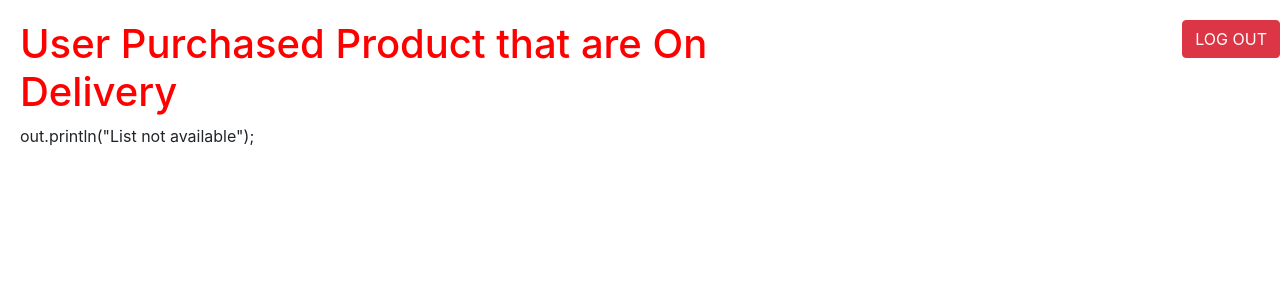
Repository: piyushj81/ComputerShop
Page: http://localhost/computershop/shopproductcontroller
An editor plug-in stored every save of this project. The page is shown before and after the next save, followed by the edit.
The browser window is 1280 px wide. The pictures show the whole page.
The page is served by Tomcat 9. Other server files are loaded and not shown. Queries for data that is not in the repository find no rows.

Above is the page before, as saved 2021-10-15 10:18:37.

### computershop/WebContent/usershoppingdetails.jsp
<%@page import="com.shop.dto.Admin"%>
<%@page import="java.sql.DriverManager"%>
<%@page import="java.sql.Connection"%>
<%@page import="java.sql.PreparedStatement"%>
<%@page import="java.sql.ResultSet"%>
<%@page import="com.shop.dto.Customer"%>
<%@page import="com.shop.dto.Cart"%>
<%@page import="java.util.ArrayList"%>
<%@ page language="java" contentType="text/html; charset=ISO-8859-1"
    pageEncoding="ISO-8859-1"%>
<!DOCTYPE html>
<html>
<head>
<meta charset="ISO-8859-1">

<link rel="stylesheet" href="computershop.css">
<link rel="stylesheet"
	href="https://cdnjs.cloudflare.com/ajax/libs/font-awesome/4.7.0/css/font-awesome.min.css">
<link rel="stylesheet"
	href="https://cdn.jsdelivr.net/npm/bootstrap@4.5.3/dist/css/bootstrap.min.css"
	integrity="sha384-TX8t27EcRE3e/ihU7zmQxVncDAy5uIKz4rEkgIXeMed4M0jlfIDPvg6uqKI2xXr2"
	crossorigin="anonymous">
<script src="https://code.jquery.com/jquery-3.5.1.slim.min.js"
	integrity="sha384-DfXdz2htPH0lsSSs5nCTpuj/zy4C+OGpamoFVy38MVBnE+IbbVYUew+OrCXaRkfj"
	crossorigin="anonymous"></script>
<script
	src="https://cdn.jsdelivr.net/npm/bootstrap@4.5.3/dist/js/bootstrap.bundle.min.js"
	integrity="sha384-ho+j7jyWK8fNQe+A12Hb8AhRq26LrZ/JpcUGGOn+Y7RsweNrtN/tE3MoK7ZeZDyx"
	crossorigin="anonymous"></script>

<title>Shopping Details</title>
</head>
<body>
<div>
<a href="LogoutController" ><button class="btn btn-danger" type="button"  style= "float: right; margin-right:-500px;"   > LOG OUT</button></a>
</div>

<h1 style="color:red;" >User Purchased Product that are On Delivery</h1>


<%
ArrayList<Admin> list2 = (ArrayList<Admin>) request.getAttribute("LIST");

		if (!(list2 != null) || !(list2.isEmpty())) {



		%>
			<table style="width:175%;text-align:center; color:yellow;"    class="table table-hover table-dark "   >
	<tr>
		<th>Product ID</th>
		<th>Phone</th>
		<th>Customer Name </th>
		<th>Pic</th>
		<th>Product Name</th>
		<th>Model</th>
		<th>Price</th>
		<th>Address</th>
		<th>City</th>

		<th>State</th>

	</tr>
	<%
	for (Admin a : list2 ) {
	%>

	<tr>

		<td><%=a.getId() %></td>
		<td><%=a.getPhone() %></td>
		<td><%=a.getCname() %></td>
		<td> <img alt="" src="<%=a.getPic() %>" style ="max-height:50%; max-width:70%"> </td>
		<td><%=a.getPname() %></td>
		<td><%=a.getModel() %></td>
		<td><%=a.getPrice()  %></td>
		<td><%=a.getAddress() %></td>
		<td><%=a.getCity() %></td>

		<td><%=a.getState()%></td>

</tr>

<%}	%>

</table>



	<%
}else {  %>
out.println("List not available");





<% }%>


</body>
</html>

### computershop/src/com/computershop/controller/shopproductcontroller.java
package com.computershop.controller;

import java.io.IOException;
import java.util.ArrayList;

import javax.servlet.RequestDispatcher;
import javax.servlet.ServletException;
import javax.servlet.annotation.WebServlet;
import javax.servlet.http.HttpServlet;
import javax.servlet.http.HttpServletRequest;
import javax.servlet.http.HttpServletResponse;

import com.shop.dto.Admin;

import com.shop.modeldao.CustomerModel;
@WebServlet("/shopproductcontroller")
public class shopproductcontroller extends HttpServlet {
	private static final long serialVersionUID = 1L;
	protected void doGet(HttpServletRequest request, HttpServletResponse response) throws ServletException, IOException {
		CustomerModel model = new CustomerModel();

		ArrayList<Admin> list  =	model.getshoppingDetails();
		RequestDispatcher rd = request.getRequestDispatcher("usershoppingdetails.jsp");
			request.setAttribute("LIST", list);
			rd.forward(request, response);


	}

	protected void doPost(HttpServletRequest request, HttpServletResponse response) throws ServletException, IOException {



	}

}

### computershop/src/com/shop/modeldao/CustomerModel.java
package com.shop.modeldao;

import java.sql.Connection;
import java.sql.DriverManager;
import java.sql.PreparedStatement;
import java.sql.ResultSet;
import java.util.ArrayList;

import com.shop.dto.Admin;
import com.shop.dto.Cart;
import com.shop.dto.Customer;
import com.shop.dto.Form;
import com.shop.dto.Product;
import com.shop.dto.Shop;

public class CustomerModel {
	public static Connection createConnection() {
		Connection con = null;

		try {

			Class.forName("com.mysql.jdbc.Driver");
			con = DriverManager.getConnection("jdbc:mysql://localhost:3306/shop", "root", "root");

		} catch (Exception e) {
			e.printStackTrace();

		}

		return con;

	}

	public int checkCustomerlogin(String user, String password) {
		Connection con = null;
		int i = 0;
		try {
			con = createConnection();
			PreparedStatement ps = con.prepareStatement("select * from customerlogin where username=? and password=?");
			ps.setString(1, user);
			ps.setString(2, password);
			ResultSet rs = ps.executeQuery();
			if (rs.next()) {
				i = 1;
			}
		} catch (Exception e) {
			e.printStackTrace();
		}
		return i;

	}

	public int admitCustomer(Customer cst) {
		int i = 0;
		Connection con = null;
		try {
			con = createConnection();
			PreparedStatement ps = con.prepareStatement("insert into customerlogin values(?, ?, ?)");
			ps.setString(1, cst.getPhone());
			ps.setString(2, cst.getName());
			ps.setString(3, cst.getPassword());
			i = ps.executeUpdate();

		} catch (Exception e) {
			e.printStackTrace();

		}

		return i;
	}

	public int checkadminlogin(String adminusername, String pwd) {
		int i = 0;
		Connection con = null;

		try {
			con = createConnection();
			PreparedStatement ps = con
					.prepareStatement("select * from adminlogin where adminusername=? and password=?");
			ps.setString(1, adminusername);
			ps.setString(2, pwd);
			ResultSet rs = ps.executeQuery();
			if (rs.next()) {
				i = 1;
			}
		} catch (Exception e) {
			e.printStackTrace();
		}

		return i;
	}

	public ArrayList<Product> getmouseDetails() {
		ArrayList<Product> list = new ArrayList<Product>();
		try {
			Connection con = createConnection();
			PreparedStatement ps = con.prepareStatement("select * from mouse");
			ResultSet rs = ps.executeQuery();
			while (rs.next()) {
				Product pt = new Product(rs.getString("id"), rs.getString("pname"), rs.getInt("model"),
						rs.getString("price"), rs.getString("pic"));
				list.add(pt);

			}

		} catch (Exception e) {
			e.printStackTrace();
		}

		return list;
	}

	public Product selectdatafrommouseincart(String id, String phone) {
		Product pt = null;
		Connection con = null;

		try {
			con = createConnection();

			PreparedStatement ps = con.prepareStatement("select * from mouse where id=?");
			ps.setString(1, id);

			ResultSet rs = ps.executeQuery();
			if (rs.next()) {
				pt = new Product(rs.getString("id"), rs.getString("pname"), rs.getInt("model"), rs.getString("price"),
						rs.getString("pic"));

			}
		} catch (Exception e) {
			e.printStackTrace();

		}
		return pt;
	}

	public int insertproductdata(Product pt, String id, String phone) {

		int i = 0;
		Connection con = null;
		try {
			con = createConnection();
			PreparedStatement ps = con.prepareStatement("insert into cart values(?,?,?,?,?,?)");
			ps.setString(1, phone);
			ps.setString(2, id);
			ps.setString(3, pt.getPname());
			ps.setInt(4, pt.getModel());
			ps.setString(5, pt.getPrice());
			ps.setString(6, pt.getPic());
			i = ps.executeUpdate();

		} catch (Exception e) {
			e.printStackTrace();

		}

		return i;
	}

	public ArrayList<Product> getusercartdetail(String phone) {
		Product pt = null;
		ArrayList<Product> list1 = new ArrayList<Product>();
		Connection con = null;
		try {
			con = createConnection();
			PreparedStatement ps = con.prepareStatement("select * from cart where phone=?");
			ps.setString(1, phone);
			ResultSet rs = ps.executeQuery();
			while (rs.next()) {

				pt = new Product(rs.getString("id"), rs.getString("pname"), rs.getInt("model"), rs.getString("price"),
						rs.getString("pic"));

				list1.add(pt);
			}

		} catch (Exception e) {
			e.printStackTrace();

		}
		return list1;
	}

	public int deleteitem(String id) {
		Connection con = null;
		int i = 0;
		try {
			con = createConnection();
			PreparedStatement ps = con.prepareStatement("delete  from cart where id=?");
			ps.setString(1, id);
			i = ps.executeUpdate();

		} catch (Exception e) {
			e.printStackTrace();
		}
		return i;
	}

	public ArrayList<Product> getusercartdetails(String phone) {
		Product pt = null;
		ArrayList<Product> list1 = new ArrayList<Product>();
		Connection con = null;
		try {
			con = createConnection();
			PreparedStatement ps = con.prepareStatement("select * from cart where phone=?");
			ps.setString(1, phone);
			ResultSet rs = ps.executeQuery();
			while (rs.next()) {

				pt = new Product(rs.getString("id"), rs.getString("pname"), rs.getInt("model"), rs.getString("price"),
						rs.getString("pic"));

				list1.add(pt);
			}

		} catch (Exception e) {
			e.printStackTrace();

		}
		return list1;
	}

	public ArrayList<Product> getmotherboardDetails() {
		ArrayList<Product> list = new ArrayList<Product>();
		try {
			Connection con = createConnection();
			PreparedStatement ps = con.prepareStatement("select * from motherboard");
			ResultSet rs = ps.executeQuery();
			while (rs.next()) {
				Product pt = new Product(rs.getString("id"), rs.getString("pname"), rs.getInt("model"),
						rs.getString("price"), rs.getString("pic"));
				list.add(pt);

			}

		} catch (Exception e) {
			e.printStackTrace();
		}

		return list;
	}

	public Product selectdatafrommotherboardincart(String id, String phone) {
		Product pt = null;
		Connection con = null;

		try {
			con = createConnection();

			PreparedStatement ps = con.prepareStatement("select * from motherboard where id=?");
			ps.setString(1, id);

			ResultSet rs = ps.executeQuery();
			if (rs.next()) {
				pt = new Product(rs.getString("id"), rs.getString("pname"), rs.getInt("model"), rs.getString("price"),
						rs.getString("pic"));

			}
		} catch (Exception e) {
			e.printStackTrace();

		}
		return pt;
	}

	public ArrayList<Product> getcpuDetails() {
		ArrayList<Product> list = new ArrayList<Product>();
		try {
			Connection con = createConnection();
			PreparedStatement ps = con.prepareStatement("select * from cpu");
			ResultSet rs = ps.executeQuery();
			while (rs.next()) {
				Product pt = new Product(rs.getString("id"), rs.getString("pname"), rs.getInt("model"),
						rs.getString("price"), rs.getString("pic"));
				list.add(pt);

			}

		} catch (Exception e) {
			e.printStackTrace();
		}

		return list;
	}

	public Product selectdatafromcpuincart(String id, String phone) {
		Product pt = null;
		Connection con = null;

		try {
			con = createConnection();

			PreparedStatement ps = con.prepareStatement("select * from cpu where id=?");
			ps.setString(1, id);

			ResultSet rs = ps.executeQuery();
			if (rs.next()) {
				pt = new Product(rs.getString("id"), rs.getString("pname"), rs.getInt("model"), rs.getString("price"),
						rs.getString("pic"));

			}
		} catch (Exception e) {
			e.printStackTrace();

		}
		return pt;
	}

	public ArrayList<Product> getmonitorDetails() {
		ArrayList<Product> list = new ArrayList<Product>();
		try {
			Connection con = createConnection();
			PreparedStatement ps = con.prepareStatement("select * from monitor");
			ResultSet rs = ps.executeQuery();
			while (rs.next()) {
				Product pt = new Product(rs.getString("id"), rs.getString("pname"), rs.getInt("model"),
						rs.getString("price"), rs.getString("pic"));
				list.add(pt);

			}

		} catch (Exception e) {
			e.printStackTrace();
		}

		return list;
	}

	public Product selectdatafrommonitorincart(String id, String phone) {
		Product pt = null;
		Connection con = null;

		try {
			con = createConnection();

			PreparedStatement ps = con.prepareStatement("select * from monitor where id=?");
			ps.setString(1, id);

			ResultSet rs = ps.executeQuery();
			if (rs.next()) {
				pt = new Product(rs.getString("id"), rs.getString("pname"), rs.getInt("model"), rs.getString("price"),
						rs.getString("pic"));

			}
		} catch (Exception e) {
			e.printStackTrace();

		}
		return pt;


	}

	public ArrayList<Product> getfanDetails() {
		ArrayList<Product> list = new ArrayList<Product>();
		try {
			Connection con = createConnection();
			PreparedStatement ps = con.prepareStatement("select * from fan");
			ResultSet rs = ps.executeQuery();
			while (rs.next()) {
				Product pt = new Product(rs.getString("id"), rs.getString("pname"), rs.getInt("model"),
						rs.getString("price"), rs.getString("pic"));
				list.add(pt);

			}

		} catch (Exception e) {
			e.printStackTrace();
		}

		return list;
	}

	public Product selectdatafromfanincart(String id, String phone) {
		Product pt = null;
		Connection con = null;

		try {
			con = createConnection();

			PreparedStatement ps = con.prepareStatement("select * from fan where id=?");
			ps.setString(1, id);

			ResultSet rs = ps.executeQuery();
			if (rs.next()) {
				pt = new Product(rs.getString("id"), rs.getString("pname"), rs.getInt("model"), rs.getString("price"),
						rs.getString("pic"));

			}
		} catch (Exception e) {
			e.printStackTrace();

		}
		return pt;




	}

	public ArrayList<Product> getramDetails() {
		ArrayList<Product> list = new ArrayList<Product>();
		try {
			Connection con = createConnection();
			PreparedStatement ps = con.prepareStatement("select * from ram");
			ResultSet rs = ps.executeQuery();
			while (rs.next()) {
				Product pt = new Product(rs.getString("id"), rs.getString("pname"), rs.getInt("model"),
						rs.getString("price"), rs.getString("pic"));
				list.add(pt);

			}

		} catch (Exception e) {
			e.printStackTrace();
		}

		return list;
	}

	public Product selectdatafromramincart(String id, String phone) {
		Product pt = null;
		Connection con = null;

		try {
			con = createConnection();

			PreparedStatement ps = con.prepareStatement("select * from ram where id=?");
			ps.setString(1, id);

			ResultSet rs = ps.executeQuery();
			if (rs.next()) {
				pt = new Product(rs.getString("id"), rs.getString("pname"), rs.getInt("model"), rs.getString("price"),
						rs.getString("pic"));

			}
		} catch (Exception e) {
			e.printStackTrace();

		}
		return pt;





			}

	public ArrayList<Product> getkeyboardDetails() {
		ArrayList<Product> list = new ArrayList<Product>();
		try {
			Connection con = createConnection();
			PreparedStatement ps = con.prepareStatement("select * from keyboard");
			ResultSet rs = ps.executeQuery();
			while (rs.next()) {
				Product pt = new Product(rs.getString("id"), rs.getString("pname"), rs.getInt("model"),
						rs.getString("price"), rs.getString("pic"));
				list.add(pt);

			}

		} catch (Exception e) {
			e.printStackTrace();
		}

		return list;
	}

	public Product selectdatafromkeyboardincart(String id, String phone) {
		Product pt = null;
		Connection con = null;

		try {
			con = createConnection();

			PreparedStatement ps = con.prepareStatement("select * from keyboard where id=?");
			ps.setString(1, id);

			ResultSet rs = ps.executeQuery();
			if (rs.next()) {
				pt = new Product(rs.getString("id"), rs.getString("pname"), rs.getInt("model"), rs.getString("price"),
						rs.getString("pic"));

			}
		} catch (Exception e) {
			e.printStackTrace();

		}
		return pt;

	}

	public ArrayList<Cart> showcartitemtoadmin() {

	 ArrayList<Cart> list2 = new ArrayList<Cart>();
	 try {
	  Connection con = createConnection();

	 PreparedStatement ps = con.prepareStatement("select * from cart");

	 ResultSet rs = ps.executeQuery();
		while (rs.next()) {
			Cart ct = new Cart(rs.getString("phone"),rs.getString("id"), rs.getString("pname"),rs.getInt("model"), rs.getString("price"),rs.getString("pic"));
			list2.add(ct);
		}
	 }catch(Exception e){
			e.printStackTrace();

		}


	return list2;

	}

	public int insertshoppingDetails(String id, String cname,Shop s) {
		int i=0;
		Connection con = null;
		try {
			con = createConnection();
			PreparedStatement ps =	con.prepareStatement("insert into shopping values(?,?,?,?,?,?,?,?,?,?,?)");
			ps.setString(1, id);
			ps.setString(2, s.getPhone());
			ps.setString(3, cname);
			ps.setString(4, s.getPic());
			ps.setString(5, s.getPname());
			ps.setInt(6, s.getModel());

			ps.setString(7, s.getPrice());
			ps.setString(8, null);
			ps.setString(9, null);
			ps.setString(10,null);

			ps.setString(11,null);

			i = ps.executeUpdate();

		} catch (Exception e) {
			e.printStackTrace();

	}
		return i;
	}

	public Shop selectshoppingDetailsfromcarttable(String id,String cname) {
		 Shop s = null;
		 Connection con = null;

		try {
			   con = createConnection();

			 PreparedStatement ps = con.prepareStatement("select * from cart where id=?");
			ps.setString(1, id);
			 ResultSet rs = ps.executeQuery();
				while (rs.next()) {
					s  = new Shop(rs.getString("id"),rs.getString("phone"), rs.getString("pname"),rs.getInt("model"), rs.getString("price"),rs.getString("pic"));

				}



			 }catch(Exception e){
					e.printStackTrace();

				}

			return s;
				}

	public int updatedetailsinshopping(Form f) {

		int i = 0;
		Connection con = null;
		try {
			con = createConnection();
			PreparedStatement ps = con.prepareStatement("update shopping set address=?, city=?,pincode=? ,state=?  where phone=?");
			ps.setString(1, f.getAddress());

			ps.setString(2, f.getCity());
			ps.setString(3, f.getPincode());
			ps.setString(4, f.getState());
			ps.setString(5, f.getPhone());
			i = ps.executeUpdate();





		} catch (Exception e) {
			e.printStackTrace();

		}
		return i;
	}

	public ArrayList<Admin> getshoppingDetails() {

		ArrayList<Admin> list = new ArrayList<Admin>();
		Connection con = null;

		try {
			con = createConnection();
			PreparedStatement ps = con.prepareStatement("select * from shopping");

			ResultSet rs = ps.executeQuery();

			while(rs.next())	{
				Admin a = new Admin(rs.getString("id"),rs.getString("phone"),rs.getString("cname"),rs.getString("pic"),rs.getString("pname"),rs.getInt("model"),rs.getString("price"),rs.getString("address"),rs.getString("city"),rs.getString("pincode"),rs.getString("state"));
				list.add(a);

			}
		}catch (Exception e) {

			e.printStackTrace();

		}


		return list;
}

}

### computershop/WebContent/computershop.css
.left{
    margin: -21px auto;
    margin-left: -20px;
    padding: 9px;
    background-color: black;
    width: 178%;
}
.left a{
    text-decoration: none;
    color: white;
}
.left a:hover{
    background-color: red;
    text-decoration: none;
    color: white;
}
.left button{
    width: 9%;
}
.left button:hover{
    background-color: yellow;


}
.leftright{
    float: right;
}
.mid{
    text-decoration: none;
    height: 99px;
    background-color:black;
    display: block;
    width: 178%;
    margin: 22px auto;
    margin-left: -20px;
    top:20px;
    padding: 20px;
}
.right{
    position: absolute;

    right: 60px;
    top: 42%;
    display: inline-block;
    padding: 23px;
    width: 85%;
    height: 50%;
}
.navbar{
display: inline-block;
}
.navbar li{
    display: inline-block;
    font-size: 17px;

}
.navbar li a{
color:white;
text-decoration: none;
padding: 27px;
}
.navbar li a:hover{
    background-color:red;
    text-decoration: none;
    width:70px;
    }

.peripheral{
    color:red;

    width: 167%;

}
.image {
    height: 120%;
     width: 100%;


    }
.image a:hover{
    text-decoration: none;
    background-color: yellow;
    width:150%;
    color: tomato;
}

#myho:hover{
    height: 150px;
    width: 150px;

}

.footer{
    position: absolute;
background-color:  black;
margin-left: -20px;
bottom: -230px;
  width: 100%;
  height: 40%;
  padding: 10px;
}

.footerleft li{
    list-style-type: none;
}
.footerright li{
    list-style-type: none;
}

.footerleft li a{
    text-decoration: none;
    color: white;

}
.footerleft li a:hover{
background-color: red;
text-decoration: none;

}
.footerright li a{
    text-decoration: none;
    color: white;

}
.footerright li a:hover{
    background-color: red;
text-decoration: none;

}
.fa {
    padding: 10px;
    font-size: 70px;
    width: 72px;
    text-align: center;
    text-decoration: none;
    border-radius: 70%;
    background-color: #ffffff ;
}
.fa:hover{
    text-decoration: none;
    background-color: skyblue;

}


  body {
    font-family: Arial;
    margin: 0 auto; /* Center website */
    max-width: 800px; /* Max width */
    padding: 20px;
  }

  .heading {
    font-size: 25px;
    margin-right: 25px;
  }

  .fa {
    font-size: 100px;
  }

  .checked:hover {
      background-color: white;
    color: orange;
  }

   .pics{


    padding: 40px;
    width: 127%;
    margin-left: 300px;

  }
  .pics a{
    -webkit-font-smoothing: auto;
    text-decoration: none;
    color: black;

}
.pics a:hover{
    background-color: red;
    text-decoration: none;
    }
    .centrediv{

        margin-top: -2700px;
    }
    @import url('https://fonts.googleapis.com/css?family=Raleway:100,200,300,400,500,600,700,800,900&display=swap');
html,body {
    font-family: 'Raleway', sans-serif;
}
.thankyou-page ._header {
    background: #fee028;
    padding: 100px 30px;
    text-align: center;
    background: #fee028 url(https://codexcourier.com/images/main_page.jpg) center/cover no-repeat;
}
.thankyou-page ._header .logo {
    max-width: 200px;
    margin: 0 auto 50px;
}
.thankyou-page ._header .logo img {
    width: 100%;
}
.thankyou-page ._header h1 {
    font-size: 65px;
    font-weight: 800;
    color: white;
    margin: 0;
}
.thankyou-page ._body {
    margin: -70px 0 30px;
}
.thankyou-page ._body ._box {
    margin: auto;
    max-width: 80%;
    padding: 50px;
    background: white;
    border-radius: 3px;
    box-shadow: 0 0 35px rgba(10, 10, 10,0.12);
    -moz-box-shadow: 0 0 35px rgba(10, 10, 10,0.12);
    -webkit-box-shadow: 0 0 35px rgba(10, 10, 10,0.12);
}
.thankyou-page ._body ._box h2 {
    font-size: 32px;
    font-weight: 600;
    color: #4ab74a;
}
.thankyou-page ._footer {
    text-align: center;
    padding: 50px 30px;
}

.thankyou-page ._footer .btn {
    background: #4ab74a;
    color: white;
    border: 0;
    font-size: 14px;
    font-weight: 600;
    border-radius: 0;
    letter-spacing: 0.8px;
    padding: 20px 33px;
    text-transform: uppercase;
}

After the next save:
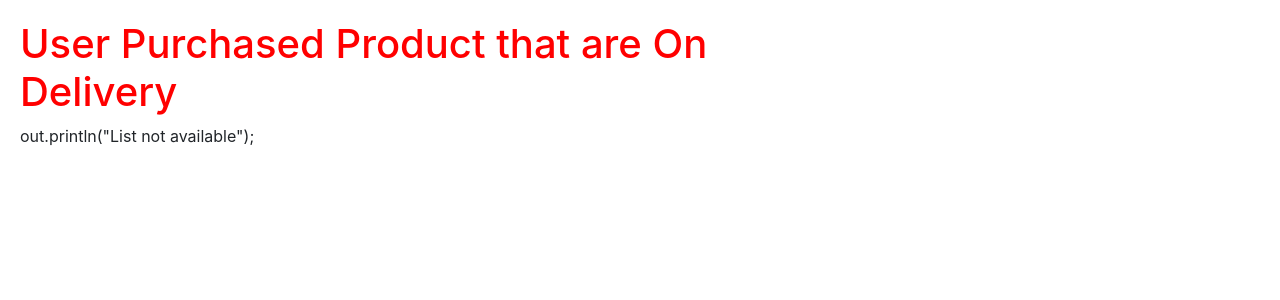
Saved 2 min 20 s later.
--- a/computershop/WebContent/usershoppingdetails.jsp
+++ b/computershop/WebContent/usershoppingdetails.jsp
@@ -31,9 +31,6 @@
 <title>Shopping Details</title>
 </head>
 <body>
-<div>
-<a href="LogoutController" ><button class="btn btn-danger" type="button"  style= "float: right; margin-right:-500px;"   > LOG OUT</button></a>
-</div>
 
 <h1 style="color:red;" >User Purchased Product that are On Delivery</h1>
 
@@ -57,8 +54,8 @@ ArrayList<Admin> list2 = (ArrayList<Admin>) request.getAttribute("LIST");
 		<th>Price</th>
 		<th>Address</th>
 		<th>City</th>
-
 		<th>State</th>
+		<th>Delete</th>
 
 	</tr>
 	<%
@@ -76,7 +73,6 @@ ArrayList<Admin> list2 = (ArrayList<Admin>) request.getAttribute("LIST");
 		<td><%=a.getPrice()  %></td>
 		<td><%=a.getAddress() %></td>
 		<td><%=a.getCity() %></td>
-
 		<td><%=a.getState()%></td>
 
 </tr>
